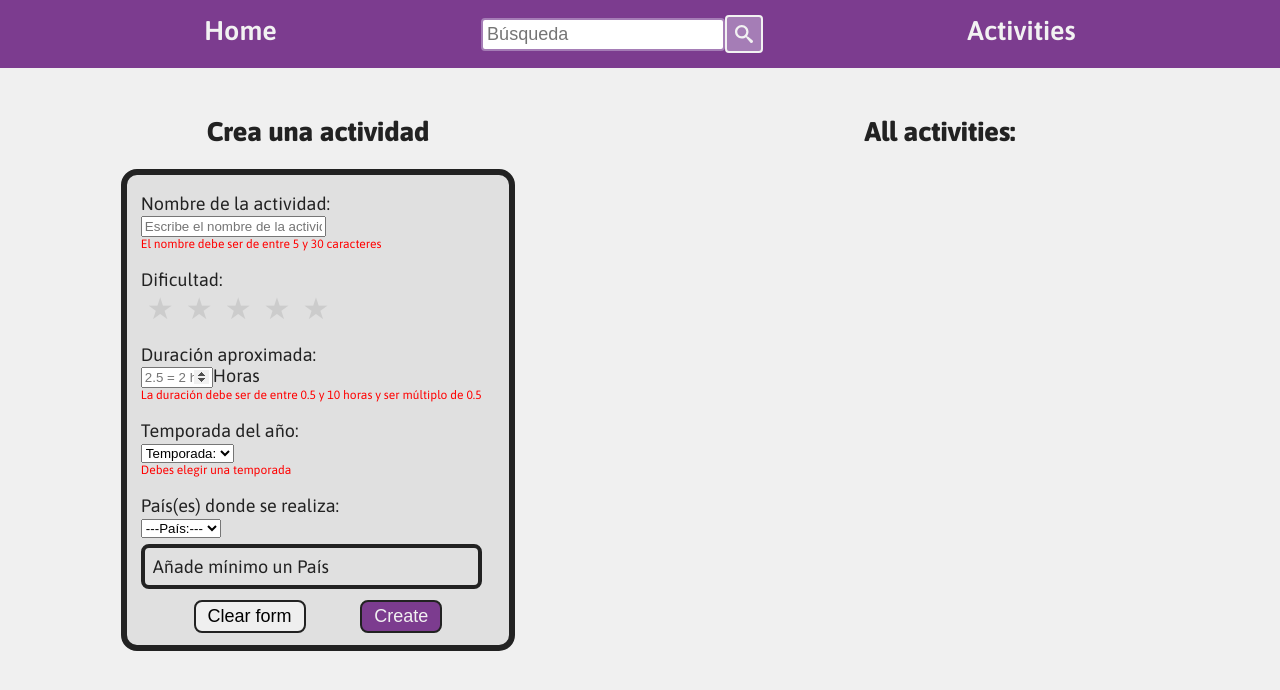
Repository: PCGP22/PI-Countries
Page: /countries/activities (app in cr-pi-countries-main/client/)
These files come from the project's save history. The page is drawn as it stood at one moment and after the next save; the edit follows.
The browser window is 1280 px wide. The pictures show the whole page.
The first visible `.submitButton` is being pressed.
The page's requests for data from a server got no answer. The project was rebuilt for these pictures with package versions that can differ from the ones it lists, and the page was loaded fresh each time. No one was signed in, and anything a server would have sent is missing. Also part of the build but not shown: cr-pi-countries-main/client/vite.config.js, cr-pi-countries-main/client/src/styles/LandingPage.modules.css, cr-pi-countries-main/client/src/components/LandingPage.jsx, cr-pi-countries-main/client/src/components/Detail.jsx, cr-pi-countries-main/client/src/components/Filter.jsx, cr-pi-countries-main/client/src/styles/HomePage.modules.css, cr-pi-countries-main/client/src/components/HomePage.jsx.

Above is the page before, as saved 2023-08-07 22:08:58.

After the next save:
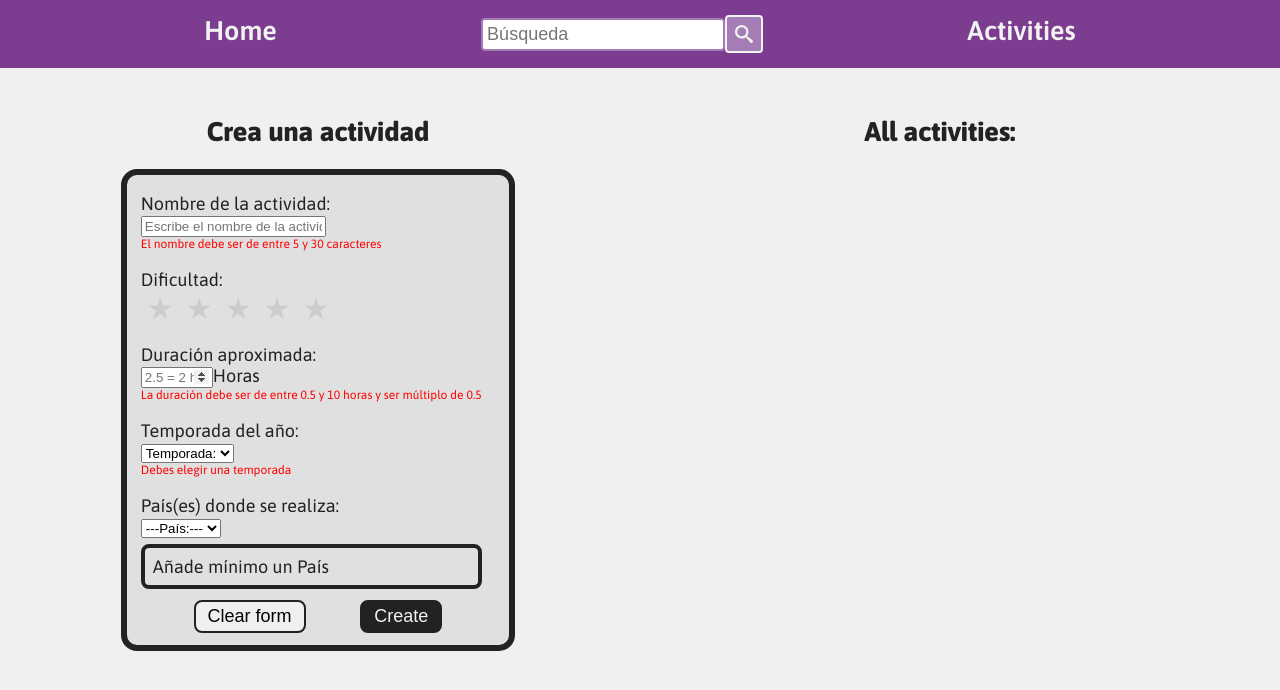
Saved 26 s later.
--- a/cr-pi-countries-main/client/src/styles/ActivityPage.modules.css
+++ b/cr-pi-countries-main/client/src/styles/ActivityPage.modules.css
@@ -71,6 +71,9 @@
     background-color: var(--dark-purple);
     color:var(--white);
 }
+.submitButton:active{
+    background-color: var(--black);
+}
 
 .activityPage__main{
     grid-area: main;
